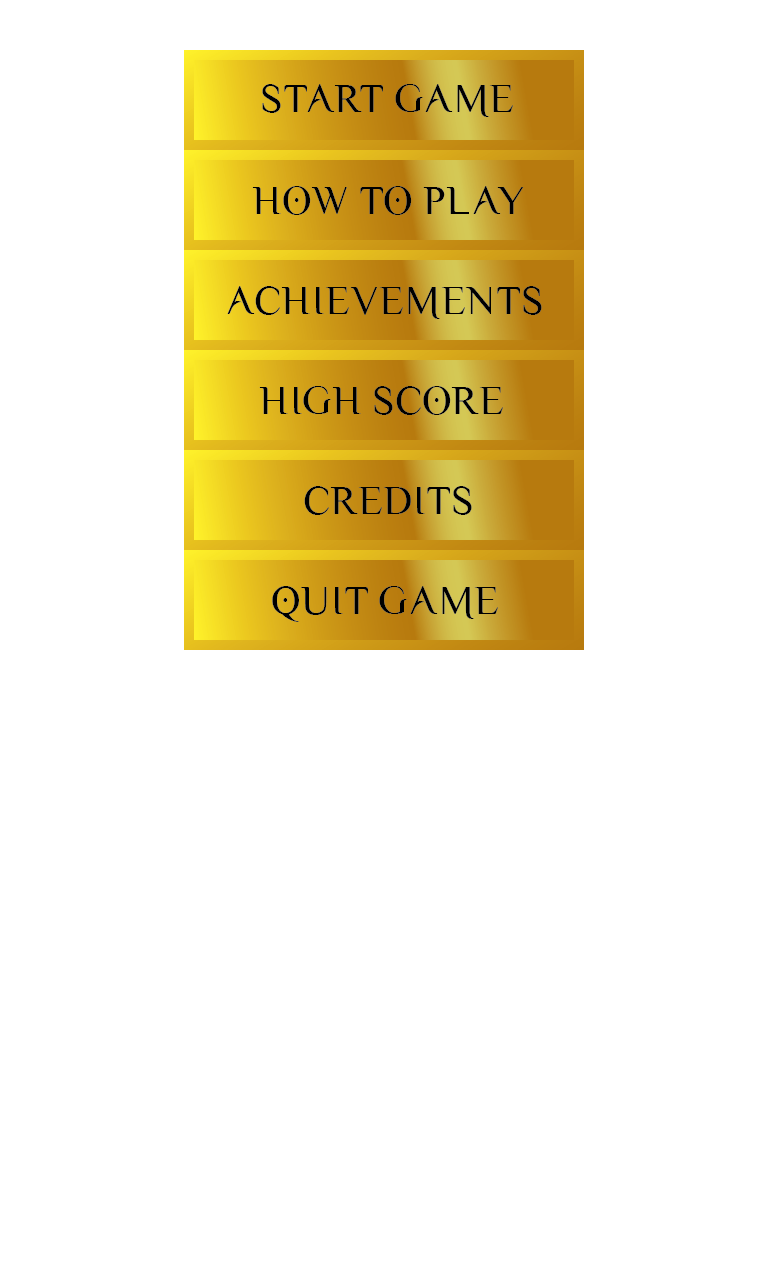
Repository: Zilter/IMT3671-Mobile-Project
Layout: GemSwapper/res/layout/activity_main.xml
An editor plug-in stored every save of this project. The layout is shown before and after the next save, followed by the edit.
It is drawn on a 768 x 1280 px phone screen (xhdpi) without system bars, with theme AppTheme; the app's code is not run.

Above is the layout before, as saved 2012-12-04 12:22:26.

After the next save:
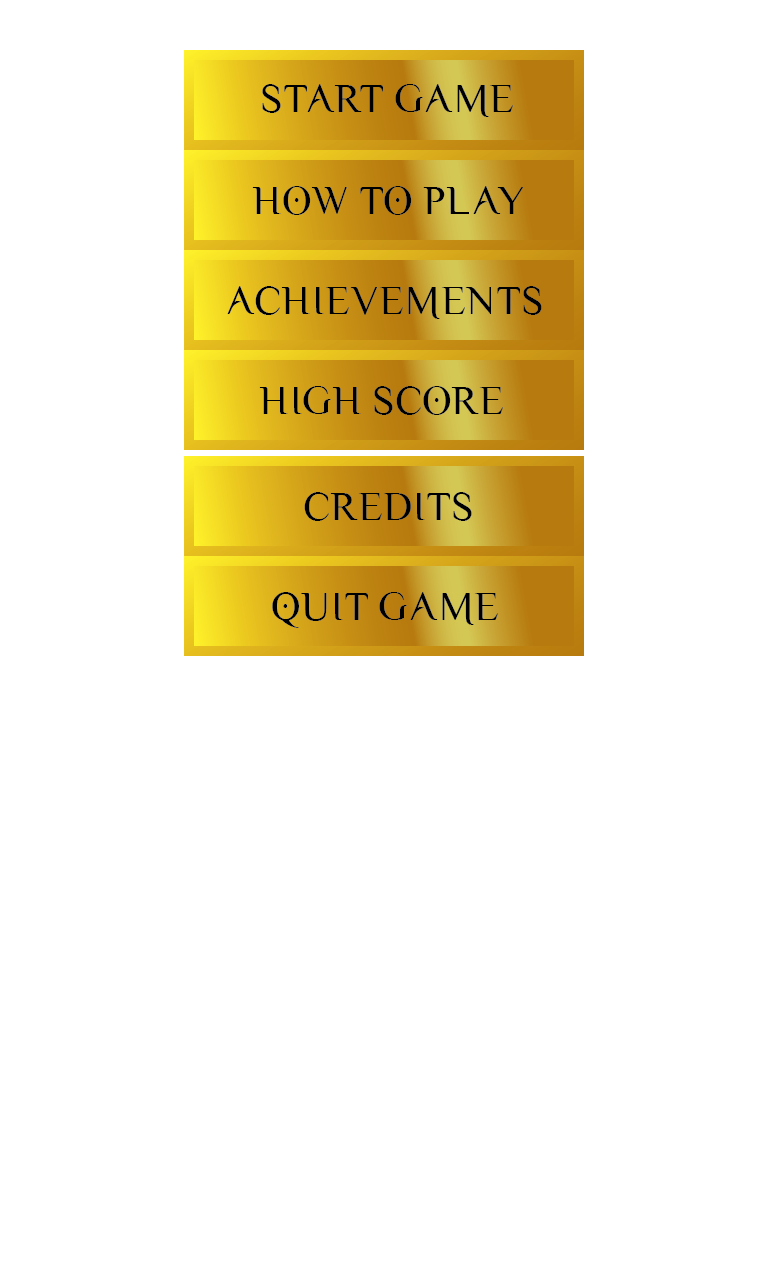
Saved 43 s later.
--- a/GemSwapper/res/layout/activity_main.xml
+++ b/GemSwapper/res/layout/activity_main.xml
@@ -62,6 +62,7 @@
      	    android:layout_height="wrap_content"
      	    android:layout_width="wrap_content"
      	    android:layout_gravity="center"
+     	    android:layout_marginTop="3dp"
      	    android:contentDescription="@string/imageDescription"
      	    />
 
